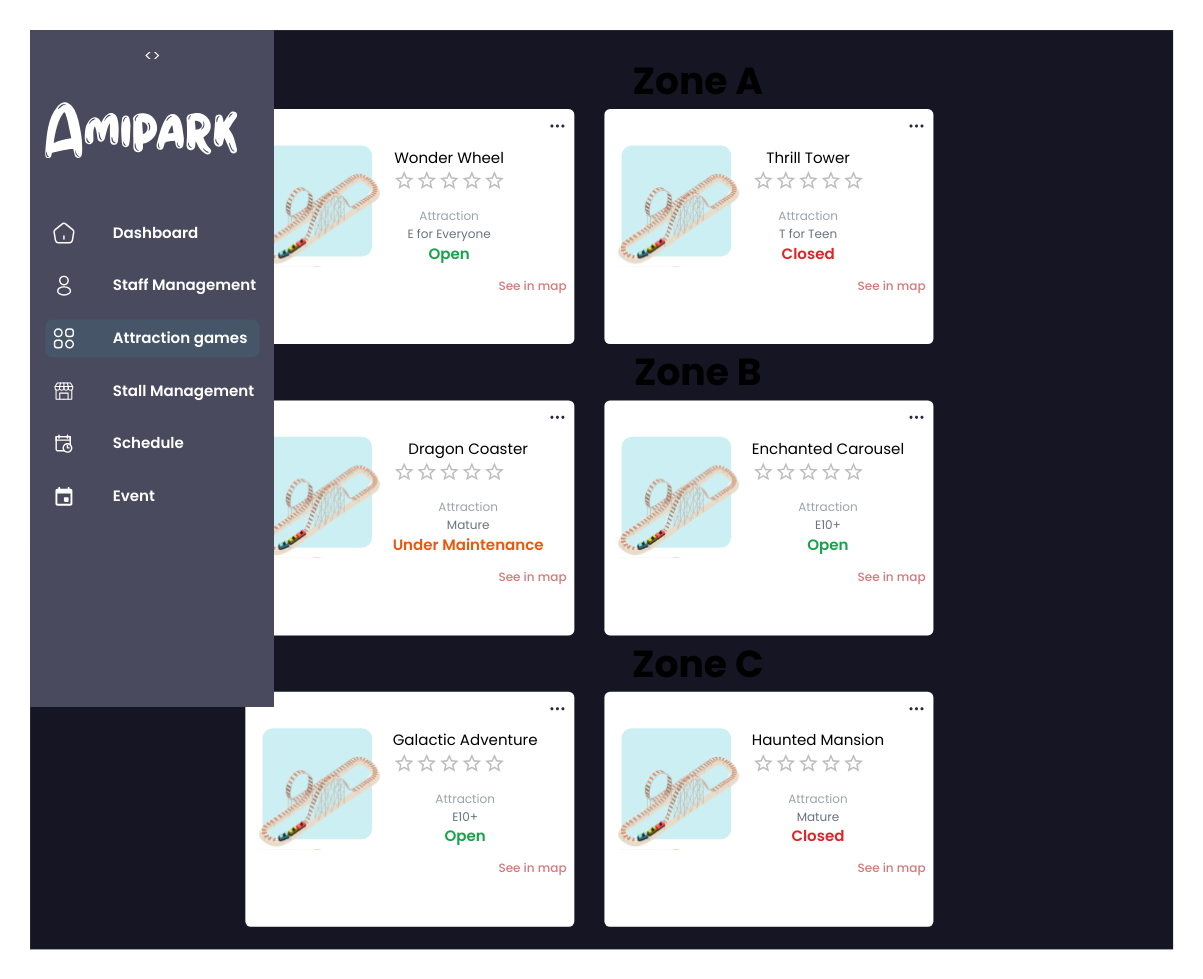
Repository: ImedBousakhria/BDD_AmusementPark_Management-Info
Page: /Attraction (app in client/)
These files come from the project's save history. The page is drawn as it stood at one moment and after the next save; the edit follows.
The browser window is 1280 px wide. The pictures show the whole page, at 94% of full size.
The project was rebuilt for these pictures with package versions that can differ from the ones it lists, and the page was loaded fresh each time. Also part of the build but not shown: client/vite.config.js, client/src/SignIn.jsx, client/src/Signup.jsx, client/src/LandingPage.jsx, client/src/components/Selector.jsx, client/src/Schedule.jsx, client/src/components/charts/AttendanceBars.jsx, client/src/components/charts/AttractionBars.jsx and 9 more.

Above is the page before, as saved 2024-01-10 14:45:08.

### client/src/App.jsx
import React from "react";
import ReactDOM from "react-dom/client";
import { createRoot } from "react-dom/client";

import { BrowserRouter, Routes, Route } from "react-router-dom";

import SignIn from "./SignIn.jsx";
import SignUp from "./Signup.jsx";
import "./index.css";
import LandingPage from "./LandingPage.jsx";
import Schedule from "./Schedule.jsx";
import Dashboard from "./Dashboard.jsx";
import HomeLayout from "./components/super/HomeLayout.jsx";
import Attractions from "./Attractions.jsx";
import Event from "./Event.jsx";
import Stall from "./Stall.jsx";
import Staff from "./Staff.jsx";

const App = () => {
  return (
    <BrowserRouter>
      <Routes>
        <Route path={"/"} element={<LandingPage />} />

        <Route path={"/Signup"} element={<SignUp />} />
        <Route path={"/Signin"} element={<SignIn />} />
        <Route
          path={"/Schedule"}
          element={<HomeLayout pageComponent={<Schedule />} />}
        />
        <Route
          path={"/Home"}
          element={<HomeLayout pageComponent={<Dashboard />} />}
        />
        <Route
          path={"/Attraction"}
          element={<HomeLayout pageComponent={<Attractions />} />}
        />
        <Route
          path={"/Event"}
          element={<HomeLayout pageComponent={<Event />} />}
        />
        <Route
          path={"/Stall"}
          element={<HomeLayout pageComponent={<Stall />} />}
        />
        <Route
          path={"/Staff"}
          element={<HomeLayout pageComponent={<Staff />} />}
        />
      </Routes>
    </BrowserRouter>
  );
};

export default App;

const root = createRoot(document.getElementById("root"));
root.render(<App />);

### client/src/index.css
@import url("https://fonts.googleapis.com/css2?family=Poppins:wght@100;300;400;500;600;700&display=swap");

@tailwind base;
@tailwind components;
@tailwind utilities;

@layer base {
  a {
    @apply cursor-pointer;
  }
  h1 {
    @apply text-[50px] font-bold;
  }
  h2 {
    @apply text-[2.5rem] font-bold;
  }
  p {
  }
  h3 {
  }
  h4 {
    @apply text-[1rem] font-semibold;
  }
  textarea {
  }
  input {
  }
  select {
  }
}

* {
  font-family: "Poppins", sans-serif;
  box-sizing: border-box;
  padding: 0;
  margin: 0;
}

.bg-grad {
  background: linear-gradient(180deg, transparent 0%, #272741 80%);
}

.VerticalAppointment-content {
  width: max-content;
  color: "#333" !important ;
}
.Appointment-appointment {
  color: "#333" !important ;
}

.MainLayout-stickyElement {
  color: "#fff" !important;
}

.css-1675apn-MuiTableCell-root .Cell-highlightedText {
}


.nav-item::after {
  content: "";
  display: block;
  width: 0;
  height: 2px;
  margin-top: 2px;
  background-color: rgb(102, 209, 243);
  transition: width 0.3s;
}

.nav-item:hover::after {
  width: 100%;
}

.VerticalAppointment-title, .VerticalAppointment-textContainer {
  @apply text-gray-400 font-light
}

### client/src/components/super/HomeLayout.jsx
import React, { useState } from "react";
import SideBar from "./SideBar";

const HomeLayout = ({ pageComponent }) => {
  const [isSidebarOpen, setIsSidebarOpen] = useState(true);

  return (
    <div className=" flex bg-darkBG">
      <div
        className={` transition-all duration-300 ${
          isSidebarOpen ? " basis-[17%] " : " basis-[9%]"
        } `}
      >
        <SideBar
          isSidebarOpen={isSidebarOpen}
          setIsSidebarOpen={setIsSidebarOpen}
        />
      </div>

      <div
        className={` ${
          isSidebarOpen ? " basis-[80%] " : " basis-[80%]"
        } h-full w-full m-6 `}
      >
        {pageComponent}
      </div>
    </div>
  );
};

export default HomeLayout;

### client/src/Attractions.jsx
import React from "react";
import StaffList from "./components/StaffList";
import { zones } from "./consts";
import GameCard from "./components/GameCard";

const Attractions = () => {
  return (
    <div className="flex min-h-screen">
      <div className=" w-full">
        {zones.map((zone, zoneIndex) => (
          <div key={zoneIndex} className="">
            <h2>{zone.title}</h2>
            <div className="flex gap-[2rem]">
              {zone.games.map((game, gameIndex) => (
                <GameCard attraction={game} />
              ))}
            </div>
          </div>
        ))}
      </div>

      {/* <div className="basis-[60%]">
        <StaffList />
      </div> */}
    </div>
  );
};

export default Attractions;

### client/src/components/GameCard.jsx
import React, { useState } from "react";
import game from "../assets/icons/game.svg";
import moredots from "../assets/icons/moredots.svg";
import Rating from "@mui/material/Rating";

const GameCard = ({ attraction }) => {
  return (
    <div className="flex flex-col bg-white h-[250px] w-[350px] min-w-max rounded-md p-2">
      <img
        src={moredots}
        className="w-5 place-self-end cursor-pointer hover:opacity-60"
        alt=""
      />
      <div className="flex w-[100%]">
        <img src={game} alt="" />
        <Details
          title={attraction.title}
          genre={"Attraction"}
          age={attraction.ageRating}
          currentStatus={attraction.status}
        />
      </div>
      <small className="text-customPink font-medium cursor-pointer place-self-end">
        See in map
      </small>
    </div>
  );
};

export default GameCard;

const Details = ({ title, userType, genre, age, currentStatus }) => {
  const [value, setValue] = useState(0);

  let statusColorClass = "";

  switch (currentStatus) {
    case "Open":
      statusColorClass = "text-green-600";
      break;
    case "Closed":
      statusColorClass = "text-red-600";
      break;
    case "Under Maintenance":
      statusColorClass = "text-orange-600";
      break;
    default:
      statusColorClass = "";
  }

  return (
    <div className="flex flex-col p-3">
      <h3 className="overflow-hidden">{title}</h3>
      <Rating
        name="simple-controlled"
        value={value}
        readOnly={userType}
        onChange={(event, newValue) => {
          setValue(newValue);
        }}
      />
      <small className="text-gray-400 mt-4">{genre}</small>
      <small className="text-gray-500">{age}</small>
      <p className={` ${statusColorClass} font-semibold`}>{currentStatus}</p>
    </div>
  );
};

### client/src/components/super/SideBar.jsx
import React, { useState } from "react";
import logo from "../../assets/icons/logo.svg";
import game from "../../assets/nav icons/attractions.svg";
import dashboard from "../../assets/nav icons/dashboard.svg";
import event from "../../assets/nav icons/event.svg";
import schedule from "../../assets/nav icons/schedule.svg";
import staff from "../../assets/nav icons/staff.svg";
import stall from "../../assets/nav icons/stall.svg";
import { Link, useLocation } from "react-router-dom";
import { motion } from "framer-motion";

const SideBar = ({ isSidebarOpen, setIsSidebarOpen }) => {
  const location = useLocation();
  const sidebarVariants = {
    open: { width: "260px" }, // Width while SideBar's open
    closed: { width: "70px" }, // Closed
  };

  const sidebarTransition = {
    type: "tween",
    duration: 0.3,
  };

  const toggleSidebar = (state) => {
    state === "on" ? setIsSidebarOpen(true) : setIsSidebarOpen(false);
  };

  return (
    <motion.div
      variants={sidebarVariants}
      initial="open"
      transition={sidebarTransition}
      animate={isSidebarOpen ? "open" : "closed"}
      className={`fixed h-screen bg-lightBG text-white p-4 flex flex-col `}
    >
      <div>
        <div className=" flex flex-col gap-[2rem]">
          <h3
            className="cursor-pointer"
            onClick={() => setIsSidebarOpen(!isSidebarOpen)}
          >
            {"<>"}
          </h3>
          <img
            src={logo}
            alt="Your Logo"
            className={`transition-transform origin-left duration-300      ${
              isSidebarOpen ? " scale-90" : ""
            }

            } `}
          />
        </div>
      </div>
      <div className="mt-10">
        <ul className="">
          <SidebarButton
            barState={isSidebarOpen}
            to="/home"
            icon={dashboard}
            text="Dashboard"
            currentPath={location.pathname}
            onClick={() => toggleSidebar("on")}
          />
          <SidebarButton
            barState={isSidebarOpen}
            to="/Staff"
            icon={staff}
            text="Staff Management"
            currentPath={location.pathname}
            onClick={() => toggleSidebar("on")}
          />
          <SidebarButton
            barState={isSidebarOpen}
            to="/Attraction"
            icon={game}
            text="Attraction games"
            currentPath={location.pathname}
            onClick={() => toggleSidebar("on")}
          />
          <SidebarButton
            barState={isSidebarOpen}
            to="/Stall"
            icon={stall}
            text="Stall Management"
            currentPath={location.pathname}
            onClick={() => toggleSidebar("on")}
          />

          <SidebarButton
            barState={isSidebarOpen}
            to={"/schedule"}
            icon={schedule}
            text="Schedule"
            currentPath={location.pathname}
            /* onClick={() => {
              toggleSidebar("on");
              toggleDropDown();
            }} */
            /* "Remove Token from Local Storage"); */
          />
          <SidebarButton
            barState={isSidebarOpen}
            to="/Event"
            icon={event}
            text="Event"
            currentPath={location.pathname}
            onClick={() => toggleSidebar("on")}
          />
        </ul>
      </div>
    </motion.div>
  );
};

function SidebarButton({ to, icon, text, currentPath, onClick, barState }) {
  const isCurrent = to === currentPath;

  return (
    <li onClick={onClick}>
      <Link
        to={to}
        className={`flex items-center p-2 rounded-lg transition-colors  my-4 flex-shrink-0 ${
          isCurrent ? " bg-slate-600" : " hover:bg-slate-800 "
        }
          `}
      >
        {/* <i className={`${icon} text-xl mr-2`} /> */}
        <img
          src={icon}
          className={` ${barState ? "  " : "  "} h-6 w-6 mr-10`}
          alt="notification"
        />

        <span
          className={`    transition-transform origin-left duration-300      ${
            barState ? "scale-100" : "scale-0"
          }
          min-w-max font-semibold monstserrat text-white `}
        >
          {text}
        </span>
      </Link>
    </li>
  );
}

export default SideBar;

### client/src/consts.js
export const zones = [
  {
    title: "Zone A",
    teams: [
      {
        name: "Team 1",
        staff: [
          { name: "Alice Johnson", email: "alice@example.com" },
          { name: "Bob Smith", email: "bob@example.com" },
        ],
      },
      {
        name: "Team 2",
        staff: [
          { name: "Charlie Brown", email: "charlie@example.com" },
          { name: "Diana Miller", email: "diana@example.com" },
        ],
      },
    ],
    games: [
      {
        title: "Wonder Wheel",
        ageRating: "E for Everyone",
        status: "Open",
      },
      {
        title: "Thrill Tower",
        ageRating: "T for Teen",
        status: "Closed",
      },
    ],
    stalls: [
      {
        name: "Stall 1",
        category: "Food",
      },
      {
        name: "Stall 2",
        category: "Gift",
      },
    ],
  },
  {
    title: "Zone B",
    teams: [
      {
        name: "Team 3",
        staff: [
          { name: "Eva Davis", email: "eva@example.com" },
          { name: "Frank Thomas", email: "frank@example.com" },
        ],
      },
      {
        name: "Team 4",
        staff: [
          { name: "Grace Wilson", email: "grace@example.com" },
          { name: "Henry Clark", email: "henry@example.com" },
        ],
      },
    ],
    games: [
      {
        title: "Dragon Coaster",
        ageRating: "Mature",
        status: "Under Maintenance",
      },
      {
        title: "Enchanted Carousel",
        ageRating: "E10+",
        status: "Open",
      },
    ],
    stalls: [
      {
        name: "Stall 3",
        category: "Food",
      },
      {
        name: "Stall 4",
        category: "Gift",
      },
    ],
  },
  {
    title: "Zone C",
    teams: [
      {
        name: "Team 5",
        staff: [
          { name: "Isaac White", email: "isaac@example.com" },
          { name: "Jessica Turner", email: "jessica@example.com" },
        ],
      },
      {
        name: "Team 6",
        staff: [
          { name: "Kevin Harris", email: "kevin@example.com" },
          { name: "Laura Evans", email: "laura@example.com" },
        ],
      },
    ],
    games: [
      {
        title: "Galactic Adventure",
        ageRating: "E10+",
        status: "Open",
      },
      {
        title: "Haunted Mansion",
        ageRating: "Mature",
        status: "Closed",
      },
    ],
    stalls: [
      {
        name: "Stall 5",
        category: "Food",
      },
      {
        name: "Stall 6",
        category: "Gift",
      },
    ],
  },
  // Add more zones as needed
];

### client/tailwind.config.js
/** @type {import('tailwindcss').Config} */
module.exports = {
  content: ["./src/**/*.{js,jsx,ts,tsx}"],
  theme: {
    extend: {
      colors: {
        customGray : "#F5F5F5",
        customDark : "#323134",
        customPink : "#D37A7B",
        customPurple : "#A5A4FF",
        customYellow : "#F9B234",
        customBlue : "#1ABBED",
        primaryBG: "#272741",
        lightBG: "#4A4A5F",
        darkBG: "#151523",

        creamYellow: "#FBCB77",
        creamPink: "#F1B7C1",
        creamBlue: "#66D1F3",
        creamPurple: "#BBB4D7",
        creamGreen: "#A7EAD1",
        creamOrange: "#FFCEAB",
        creamLime: "#E3E9BE"

      },
    },
  },
  plugins: [],
};

Loaded but not shown: client/index.html (common file); client/src/App.css (common file)

After the next save:
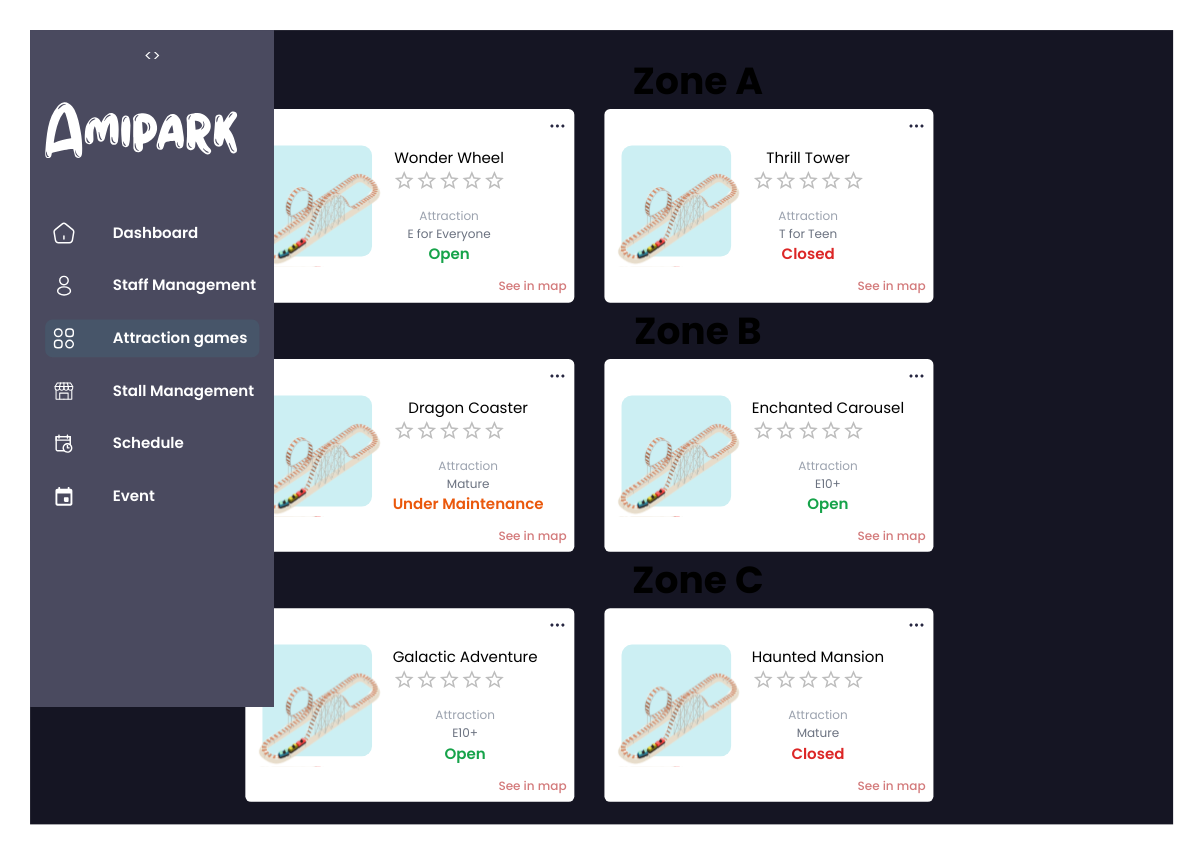
Saved 5 s later.
--- a/client/src/components/GameCard.jsx
+++ b/client/src/components/GameCard.jsx
@@ -5,7 +5,7 @@ import Rating from "@mui/material/Rating";
 
 const GameCard = ({ attraction }) => {
   return (
-    <div className="flex flex-col bg-white h-[250px] w-[350px] min-w-max rounded-md p-2">
+    <div className="flex flex-col bg-white h-max w-[350px] min-w-max rounded-md p-2">
       <img
         src={moredots}
         className="w-5 place-self-end cursor-pointer hover:opacity-60"
